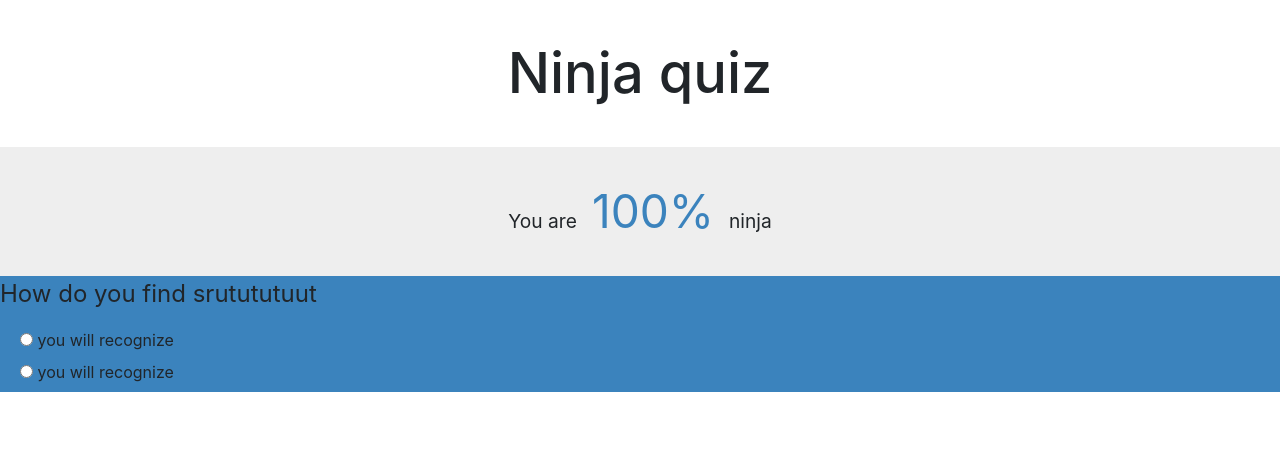
Repository: ajgors/config
Page: Nauka Js/Projekty/Quiz/index.html
The author's editor kept a copy of each file at every save. The page is drawn from the files as they stood at one save, then again after a run of saves.
The browser window is 1280 px wide. The pictures show the whole page.

Above is the page before, as saved 2019-08-11 18:30:37.
Console error: TypeError: Cannot read properties of null (reading 'addEventListener')

### Nauka Js/Projekty/Quiz/index.html
<!DOCTYPE html>
<html lang="en">

<head>
    <meta charset="UTF-8">
    <meta name="viewport" content="width=device-width, initial-scale=1.0">
    <meta http-equiv="X-UA-Compatible" content="ie=edge">
    <title>Document</title>
    <link rel="stylesheet" href="https://stackpath.bootstrapcdn.com/bootstrap/4.3.1/css/bootstrap.min.css"
        integrity="sha384-ggOyR0iXCbMQv3Xipma34MD+dH/1fQ784/j6cY/iJTQUOhcWr7x9JvoRxT2MZw1T" crossorigin="anonymous">
        <link rel="stylesheet" href="css.css">
</head>

<body>
    <!-- Header -->
    <!-- <div class="intro py-3 bg-white text-center">
        <div class="container">
            <h2 class="text-primary display-3 my-4">Ninja Quiz</h2>
        </div>
    </div> -->

    <header class="header">
        <h1 class="header__title">Ninja quiz</h1>
    </header>

    <!-- Result -->
    <!-- <div class="result py-4  bg-light text-center">
        <div class="container lead">
            <p>You are <span class="text-primary display-4 p-3">110%</span>Ninja</p>
        </div>
    </div> -->

    <div class="result">
        <p class="result__paragraph">You are<span class="result__span">100%</span>ninja</p>
    </div>

    <!-- Form -->
    <!-- <div class="quiz py-4 bg-primary">
        <div class="container">
            <h2 class="my-5 text-white">On with the question...</h2>
            <form action="" class="quiz-form text-light">
                <div class="my-5">
                    <p class="lead font-weight-normal">1. How do you give a ninja directions</p>
                    <div class="form-check my-2 text-white-50">
                        <input type="radio" name='q1' value='A' checked>
                        <label for="" class="form-check-label">Show them map</label>
                    </div>
                    <div class="form-check my-2 text-white-50">
                        <input type="radio" name='q1' value='B'>
                        <label for="" class="form-check-label">Don't worry a ninja will find you</label>
                    </div>
                </div>
                <div class="my-5">
                    <p class="lead font-weight-normal">2 asdfasdfad fafasfasdfadffasdsf</p>
                    <div class="form-check my-2 text-white-50">
                        <input type="radio" name='q2' value='A' checked>
                        <label for="" class="form-check-label">1.apple</label>
                    </div>
                    <div class="form-check my-2 text-white-50">
                        <input type="radio" name='q2' value='B'>
                        <label for="" class="form-check-label">3.apple</label>
                    </div>
                </div>
                <div class="my-5">
                    <p class="lead font-weight-normal">3. how do you tknow if you met a ninja</p>
                    <div class="form-check my-2 text-white-50">
                        <input type="radio" name='q3' value='A' checked>
                        <label for="" class="form-check-label">youll recognize a outfit</label>
                    </div>
                    <div class="form-check my-2 text-white-50">
                        <input type="radio" name='q3' value='B'>
                        <label for="" class="form-check-label">the grim reaper wil tell you</label>
                    </div>
                </div>
                <div class="my-5">
                    <p class="lead font-weight-normal">4 what is a ninjas favourite array method</p>
                    <div class="form-check my-2 text-white-50">
                        <input type="radio" name='q4' value='A' checked>
                        <label for="" class="form-check-label">forEach()</label>
                    </div>
                    <div class="form-check my-2 text-white-50">
                        <input type="radio" name='q4' value='B'>
                        <label for="" class="form-check-label">slice()</label>
                    </div>
                </div>
                <div class="text-center">
                    <input type="submit" class='btn btn-light'>
                </div>
            </form>
        </div> -->

<div class="quiz">
    <form action="quiz-form">
        <div class="">
            <p class="question">How do you find srutututuut</p>
            <div class="form-check">
                <input type="radio" name="q1" value="A" id="">
                <label for=""> you will recognize </label>
            </div>
            <div class="form-check">
                    <input type="radio" name="q1" value="B" id="">
                    <label for=""> you will recognize </label>
                </div>
        </div>
    </form>
</div>

    </div>

    <script src="js.js"></script>
</body>

</html>

### Nauka Js/Projekty/Quiz/css.css
*{
    margin: 0;
    padding: 0;
}

.header__title{
    text-align: center;
    margin:  40px auto;
    font-size: 3.5em;
}

.result{
    background-color: #eee;
}
.result__paragraph{
    text-align: center;
    padding: 30px;
    margin: 0;
    font-size: 1.2em
}
.result__span{
    font-size: 2.4em;
    padding: 15px;
    color:#3b83bd;
}

.quiz{
    background-color: #3b83bd;
}

.question{
    font-size: 1.5em
}

### Nauka Js/Projekty/Quiz/js.js




const form = document.querySelector('.quiz-form');
const result = document.querySelector('.result');
const correctAnswers = ['B','B','B','B'];
const spanResult = document.querySelector('span');

form.addEventListener('submit', e=>{
    e.preventDefault();

    //check answer
    let score = 0;
    const userAnswers = [form.q1.value, form.q2.value, form.q3.value, form.q4.value];

    userAnswers.forEach((answer, index) =>{
        if(answer === correctAnswers[index]){
            score += 25;
        }
    });

    scrollTo(0,0)
    result.classList.remove('d-none');
    // spanResult.textContent = `${score}%`

    let output = 0;
    const timer = setInterval(()=>{
        spanResult.textContent = `${output}%`
        if(output === score){
            clearInterval(timer);
        } else {
            output++;
        }
    })


})

After the next 2 saves:
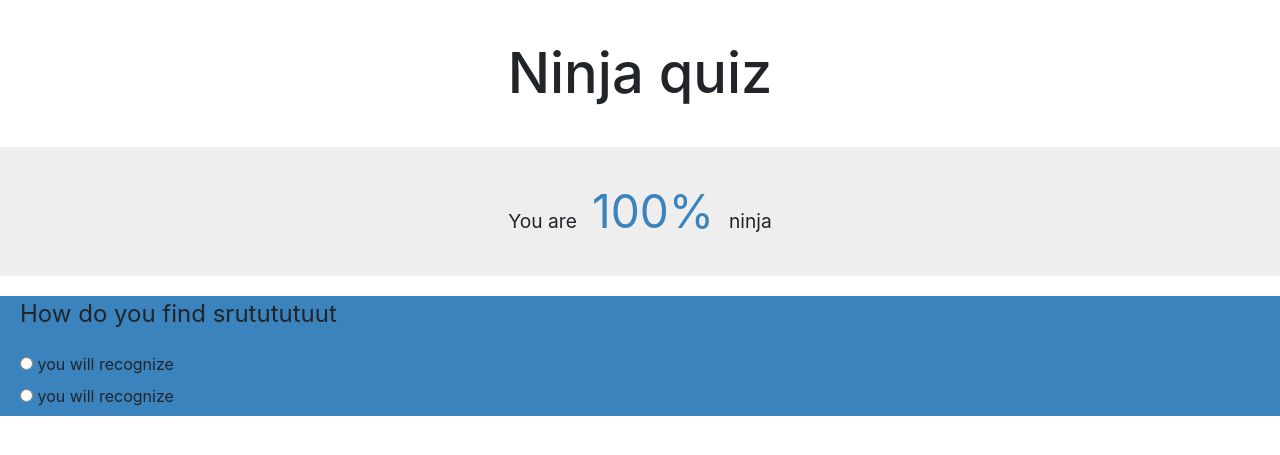
The 2 saves are shown as one change because they came seconds apart.
The last was saved 10 s later.
--- a/Nauka Js/Projekty/Quiz/css.css
+++ b/Nauka Js/Projekty/Quiz/css.css
@@ -29,5 +29,6 @@
 }
 
 .question{
-    font-size: 1.5em
+    font-size: 1.5em;
+    margin: 20px;
 }
